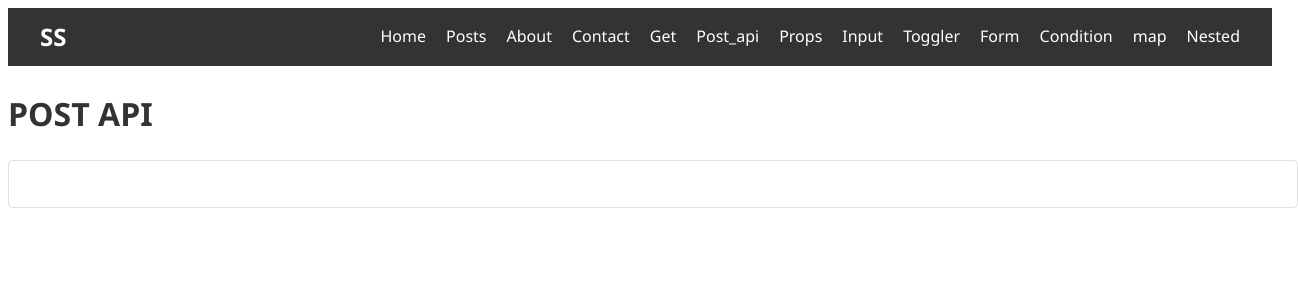
Repository: sshaiv/react_learn
Page: /postform
These files come from the project's save history. The page is drawn as it stood at one moment and after a run of saves; the edit follows.
The browser window is 1280 px wide. The page is 1298 px wide, so the pictures cover 1298 px, including what lies to the right of the window. The pictures show the whole page.
The project was rebuilt for these pictures with package versions that can differ from the ones it lists, and the page was loaded fresh each time. Also part of the build but not shown: src/components/Home.js, src/components/About.js, src/components/Contact.js, src/utils/data.js, src/components/Posts.js, src/components/PostDetails.js, src/components/Get.js, src/components/Users.js and 7 more.

Above is the page before, as saved 2024-07-07 20:13:16.

### src/App.js
import React from "react";
import { BrowserRouter, Routes, Route } from "react-router-dom";
import Home from "./components/Home";
import About from "./components/About";
import Contact from "./components/Contact";
import Posts from "./components/Posts";
import PostDetails from "./components/PostDetails";
import Navbar from "./components/Navbar";
// import Footer from "./components/Footer";
import Get from './components/Get'
import Users from './components/Users'
import Props from './components/Props'
import Input from './components/Input'
import Toggler from './components/Toggler'
import Form from './components/Form'
import Condition from './components/Condition'
import Use_list from "./components/Use_list";
import Nested from "./components/Nested";
import PostForm from "./components/PostForm";

const App = () => {
  return (
    <BrowserRouter>
      <Navbar />
      <Routes>
        <Route path='/' element={<Home />} />
        <Route path='/about' element={<About />} />
        <Route path='/contact' element={<Contact />} />
        <Route path='/posts' element={<Posts />} />
        <Route path='/get' element={<Get />} />
        <Route path='/postform' element={<PostForm />} />

        <Route path='/Users' element={<Users />} />
        <Route path='/Props' element={<Props name={'shraddha'}/>} />
        <Route path='/input' element={<Input />} />
        <Route path='/Condition' element={<Condition />} />
        <Route path='/toggler' element={<Toggler />} />
        <Route path='/form' element={<Form />} />
        <Route path='/use_list' element={<Use_list />} />
        <Route path='/nested' element={<Nested />} />
        <Route path='/posts/:postId' element={<PostDetails />} />
      </Routes>
      {/* <Footer/> */}
    </BrowserRouter>
  );
};

export default App;

### src/components/Navbar.js
import React from "react";
import { Link } from "react-router-dom";
import "./Home.css"; // Import CSS file for styling

const Navbar = () => {
  return (
    <nav className="navbar">
      <div className="container">
        <h1 className="logo">
          <Link to="/">SS</Link>
        </h1>
        <ul className="nav-links">
          <li>
            <Link to="/">Home</Link>
          </li>
          <li>
            <Link to="/posts">Posts</Link>
          </li>
          <li>
            <Link to="/about">About</Link>
          </li>
          <li>
            <Link to="/contact">Contact</Link>
          </li>
          <li>
            <Link to="/get">Get</Link>
          </li>
          <li>
            <Link to="/postform">Post_api</Link>
          </li>
          <li>
            <Link to="/props">Props</Link>
          </li>
          <li>
            <Link to="/input">Input</Link>
          </li>
          <li>
            <Link to="/toggler">Toggler</Link>
          </li>
          <li>
            <Link to="/form">Form</Link>
          </li>
          <li>
            <Link to='/condition'>Condition</Link>
          </li>
          <li>
            <Link to='/use_list'>map</Link>
          </li>
          <li>
            <Link to='/nested'>Nested</Link>
          </li>
        </ul>
      </div>
    </nav>
  );
};

export default Navbar;

### src/components/PostForm.js
import React, { useEffect,useState } from "react";


const PostForm = () => {
  const [name, setName] = useState("");
  const [email, setEmail] = useState("");



  return (
    <div>
        <h1>POST API</h1>
        <input type="text" name="name" />
    </div>
  );
};

export default PostForm;

### src/components/Home.css
/* Navbar container */
*{
    scrollbar-width: none;

}

.navbar {
    background-color: #333; /* Dark background */
    color: #fff; /* Light text color */
    padding: 10px 0;
  }

  /* Container for centering content */
  .navbar .container {
    display: flex;
    justify-content: space-between;
    align-items: center;
    max-width: 1200px; /* Adjust as needed */
    margin: 0 auto;
    padding: 0 20px;
  }

  /* Logo link */
  .navbar .logo {
    font-size: 1.5rem;
    margin: 0;
  }

  .navbar .logo a {
    color: #fff;
    text-decoration: none;
  }

  /* Navigation links */
  .navbar .nav-links {
    list-style-type: none;
    display: flex;
    margin: 0;
    padding: 0;
  }

  .navbar .nav-links li {
    margin-right: 20px;
  }

  .navbar .nav-links li:last-child {
    margin-right: 0;
  }

  .navbar .nav-links li a {
    color: #fff;
    text-decoration: none;
    font-size: 1rem;
    transition: color 0.3s ease;
  }

  .navbar .nav-links li a:hover {
    color: #ffc107; /* Change color on hover */
  }

  .home {
    background-image: url("https://images.unsplash.com/photo-1470770841072-f978cf4d019e?crop=entropy&cs=tinysrgb&fit=max&fm=jpg&ixid=MnwzNjUyOXwwfDF8c2VhcmNofDEzfHxuYXR1cmV8ZW58MHx8fHwxNjM2MDk3MDQz&ixlib=rb-1.2.1&q=80&w=400"); /* Example background image */
    background-size: cover;
    background-position: center;
    color: #fff;
    padding: 100px 0; /* Adjust padding as needed */
    text-align: center;
  }

  .home .container {
    max-width: 800px;
    margin: 0 auto;
    padding: 20px;
  }

  .home h1 {
    font-size: 3rem;
    margin-bottom: 20px;
  }

  .home p {
    font-size: 1.2rem;
    line-height: 1.6;
  }

  .home .btn {
    background-color: #4caf50; /* Green button */
    color: #fff;
    padding: 10px 20px;
    font-size: 1rem;
    border: none;
    cursor: pointer;
    transition: background-color 0.3s ease;
  }

  .home .btn:hover {
    background-color: #45a049; /* Darker green on hover */
  }

  .footer {
    background-color: #333; /* Dark background */
    color: #fff;
    padding: 20px 0;
    text-align: center;
  }

  .footer .container {
    max-width: 1200px;
    margin: 0 auto;
    padding: 0 20px;
  }

  .footer p {
    margin: 0;
    font-size: 1rem;
  }

  .footer .social-links {
    margin-top: 10px;
  }

  .footer .social-links a {
    color: #fff;
    text-decoration: none;
    margin: 0 10px;
    font-size: 1.2rem;
  }

  .footer .social-links a:hover {
    text-decoration: underline;
  }


/* Posts Container */
.posts-container {
    max-width: 800px;
    margin: 0 auto;
    padding: 20px;
  }




  .about-container {
    max-width: 800px;
    margin: 0 auto;
    padding: 20px;
  }

  .about-content {
    background-color: #f9f9f9;
    border: 1px solid #ccc;
    border-radius: 5px;
    padding: 20px;
  }

  .about-content h1 {
    font-size: 2.5rem;
    margin-bottom: 20px;
  }

  .about-content p {
    font-size: 1.2rem;
    line-height: 1.6;
    margin-bottom: 15px;
  }



  .contact-form-container {
    max-width: 600px;
    margin: 50px auto; /* Centering the form */
    padding: 30px;
    background-color: #f5f5f5;
    border: 1px solid #ddd;
    border-radius: 8px;
    box-shadow: 0 2px 4px rgba(0, 0, 0, 0.1);
  }

  .contact-form-container h2 {
    font-size: 2.5rem;
    margin-bottom: 20px;
    color: #333;
    text-align: center;
  }

  .form-group {
    margin-bottom: 20px;
  }

  label {
    font-size: 1.2rem;
    margin-bottom: 8px;
    color: #555;
  }

  input[type="text"],
  input[type="email"],
  textarea {
    width: 100%;
    padding: 12px;
    font-size: 1.2rem;
    border: 1px solid #ccc;
    border-radius: 5px;
  }

  textarea {
    resize: vertical;
    min-height: 150px;
  }

  button {
    padding: 12px 24px;
    background-color: #007bff;
    color: #fff;
    border: none;
    border-radius: 5px;
    font-size: 1.2rem;
    cursor: pointer;
    transition: background-color 0.3s ease;
  }

  button:hover {
    background-color: #0056b3;
  }


  /* Color Palette */
:root {
    --primary-color: #007bff; /* Primary color for links and buttons */
    --secondary-color: #0056b3; /* Darker shade for hover effects */
    --text-color: #333; /* Main text color */
    --text-light-color: #666; /* Lighter text color */
    --bg-color: #f9f9f9; /* Background color */
    --border-color: #e0e0e0; /* Border color */
  }

  /* Font Styling */
  body {
    font-family: 'Segoe UI', Tahoma, Geneva, Verdana, sans-serif;
    color: var(--text-color);
    line-height: 1.6;
  }
  .posts-container h1{
    position: relative;
    left: 250px;
  }
  /* Individual Post */
  .post {
    max-width: 600px;

    margin: 0 auto 20px;
    padding: 20px;
    border: 1px solid var(--border-color);
    border-radius: 8px;
    background-color: #fff;
    box-shadow: 0 2px 4px rgba(0, 0, 0, 0.1);
  }

  .post h2 {
    font-size: 2rem;
    margin-bottom: 15px;
    color: var(--primary-color);
  }

  .post img {
    display: block;
    max-width: 100%;
    height: 250px;
    margin-bottom: 15px;
    border-radius: 8px;
    box-shadow: 0 2px 4px rgba(0, 0, 0, 0.1);
  }

  .post p {
    font-size: 1.2rem;
    line-height: 1.6;
    color: var(--text-light-color);
  }

  .post-link {
    display: block;
    text-decoration: none;
    color: var(--primary-color);
    font-weight: bold;
    transition: color 0.3s ease;
  }

  .post-link:hover {
    color: var(--secondary-color);
  }

/* Post Details Container */
.post-details-container {
    max-width: 600px; /* Reduced max-width for a smaller container */
    margin: 20px auto;
    padding: 20px; /* Reduced padding to make it more compact */
    background-color: #fff;
    border: 1px solid var(--border-color);
    border-radius: 8px;
    box-shadow: 0 4px 8px rgba(0, 0, 0, 0.1);
  }

  .post-details h1 {
    font-size: 1.8rem; /* Slightly reduced font size for heading */
    margin-bottom: 15px; /* Adjusted margin for heading */
    color: var(--primary-color); /* Adjusted primary color for heading */
    text-align: center;
  }

  .post-details img {
    max-width: 100%; /* Ensures images fit within container */
    height: auto; /* Maintains aspect ratio */
    margin-bottom: 10px;
    border-radius: 8px; /* Rounded corners for images */
    box-shadow: 0 2px 4px rgba(0, 0, 0, 0.1);
  }

  .post-details p {
    font-size: 1.2rem; /* Reduced font size for paragraphs */
    line-height: 1.6; /* Adjusted line height */
    color: var(--text-color);
    text-align: justify;
    margin-bottom: 10px; /* Adjusted margin between paragraphs */
  }

  .post-details p:last-child {
    margin-bottom: 0;
  }

  /* Post Details Container */
.post-details-container {
    max-width: 500px; /* Reduced max-width for a smaller container */
    margin: 10px auto; /* Reduced margin for tighter spacing */
    padding: 15px; /* Reduced padding for more compact layout */
    background-color: #fff;
    border: 1px solid var(--border-color);
    border-radius: 6px;
    box-shadow: 0 2px 4px rgba(0, 0, 0, 0.1);
  }

  .post-details h1 {
    font-size: 1.6rem; /* Smaller font size for heading */
    margin-bottom: 10px; /* Reduced margin for heading */
    color: var(--primary-color); /* Adjusted primary color for heading */
    text-align: center;
  }

  .post-details img {
    max-width: 100%; /* Ensures images fit within container */
    height: auto; /* Maintains aspect ratio */
    margin-bottom: 8px; /* Reduced margin bottom for images */
    border-radius: 6px; /* Rounded corners for images */
    box-shadow: 0 1px 2px rgba(0, 0, 0, 0.1);
  }

  .post-details p {
    font-size: 1.1rem; /* Smaller font size for paragraphs */
    line-height: 1.5; /* Tighter line height for paragraphs */
    color: var(--text-color);
    text-align: justify;
    margin-bottom: 8px; /* Reduced margin between paragraphs */
  }

  .post-details p:last-child {
    margin-bottom: 0;
  }


  /* Contact Form */
  .contact-form-container {
    max-width: 600px;
    margin: 50px auto;
    padding: 30px;
    background-color: #f5f5f5;
    border: 1px solid var(--border-color);
    border-radius: 8px;
    box-shadow: 0 2px 4px rgba(0, 0, 0, 0.1);
  }

  .contact-form-container h2 {
    font-size: 2.5rem;
    margin-bottom: 20px;
    color: var(--text-color);
    text-align: center;
  }

  .form-group {
    margin-bottom: 20px;
  }

  label {
    font-size: 1.2rem;
    margin-bottom: 8px;
    color: var(--text-color);
  }

  input[type="text"],
  input[type="email"],
  textarea {
    width: 100%;
    padding: 12px;
    font-size: 1.2rem;
    border: 1px solid var(--border-color);
    border-radius: 5px;
  }

  textarea {
    resize: vertical;
    min-height: 150px;
  }

  button {
    padding: 12px 24px;
    background-color: var(--primary-color);
    color: #fff;
    border: none;
    border-radius: 5px;
    font-size: 1.2rem;
    cursor: pointer;
    transition: background-color 0.3s ease;
  }

  button:hover {
    background-color: var(--secondary-color);
  }

Loaded but not shown: public/index.html (common file); src/index.js (common file)

After the next 3 saves:
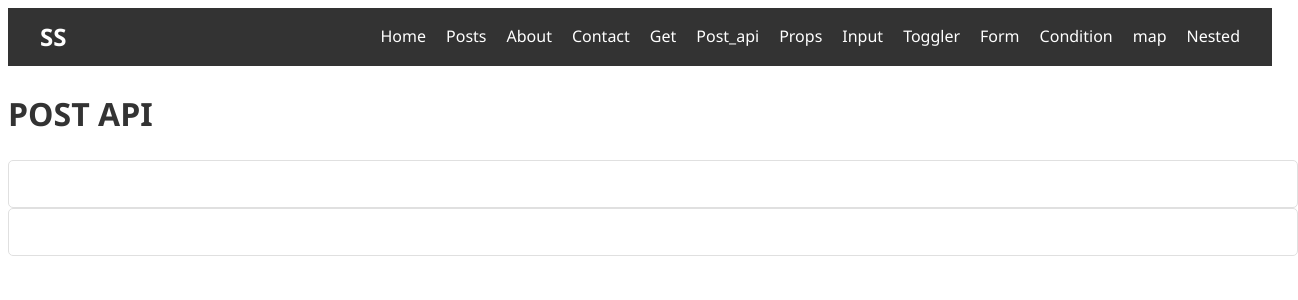
The 3 saves are shown as one change because they came seconds apart.
The last was saved 17 s later.
--- a/src/components/PostForm.js
+++ b/src/components/PostForm.js
@@ -11,6 +11,8 @@ const PostForm = () => {
     <div>
         <h1>POST API</h1>
         <input type="text" name="name" />
+        <input type="text" name="name" />
+
     </div>
   );
 };
